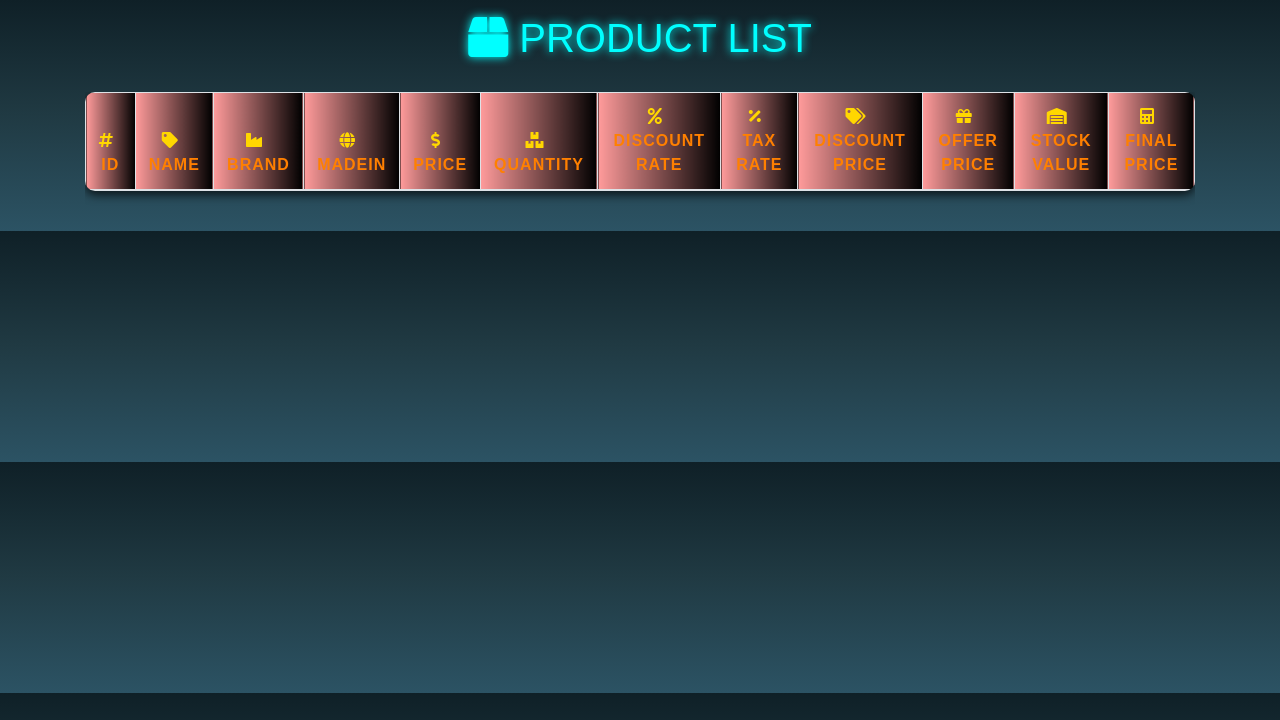
Repository: Ravi-kishor-09/Ravi-projects
Page: http://localhost/product-list
The author's editor kept a copy of each file at every save. The page is drawn from the files as they stood at one save, then again after the next save.
The browser window is 1280 px wide. The pictures show the whole page.
The page is this project's Thymeleaf template; nobody is signed in. The template is opened directly, without the code that normally fills it, so the values that code supplies are empty.

Above is the page before, as saved 2024-12-20 19:26:03.

After the next save:
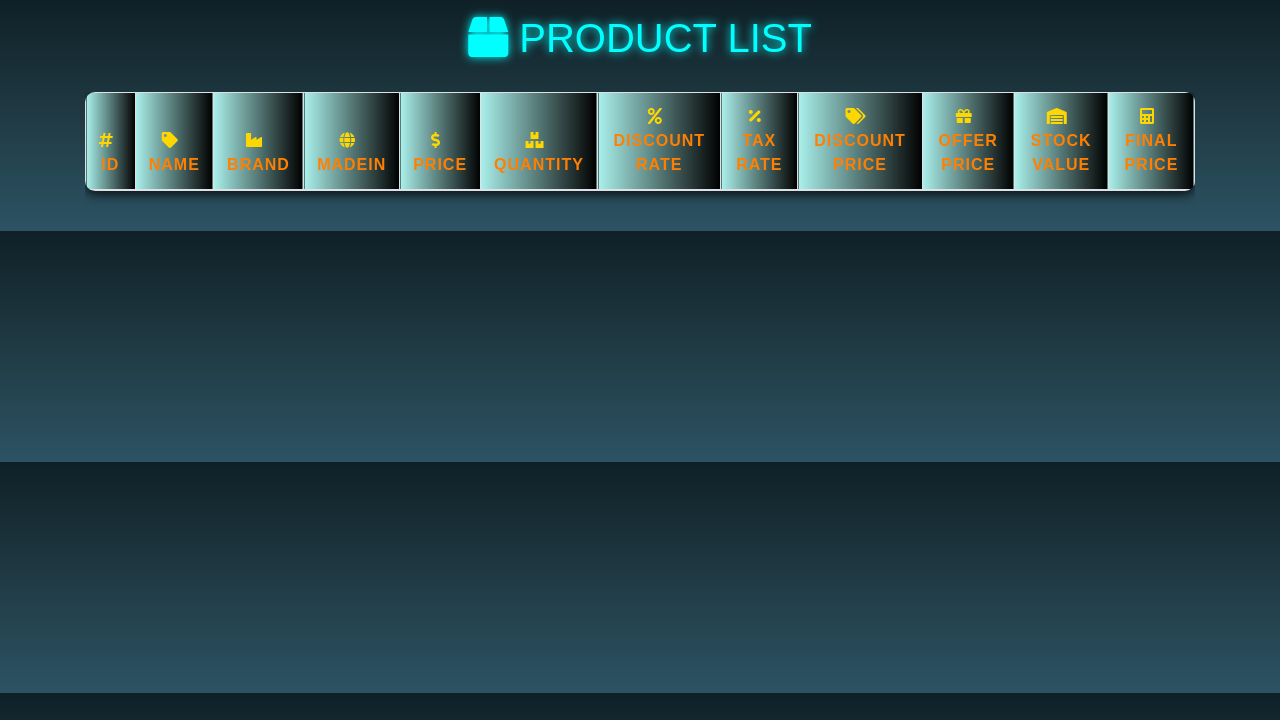
Saved 26 s later.
--- a/spring1/src/main/resources/templates/product-list.html
+++ b/spring1/src/main/resources/templates/product-list.html
@@ -34,7 +34,7 @@
             box-shadow: 0 4px 10px rgba(0, 0, 0, 0.7);
         }
         thead th {
-            background: linear-gradient(90deg, rgb(255, 155, 155), rgb(0, 0, 0));
+            background: linear-gradient(90deg, rgb(170, 240, 235), rgb(0, 0, 0));
             color: rgb(255, 128, 0);
             font-weight: bold;
             text-transform: uppercase;
